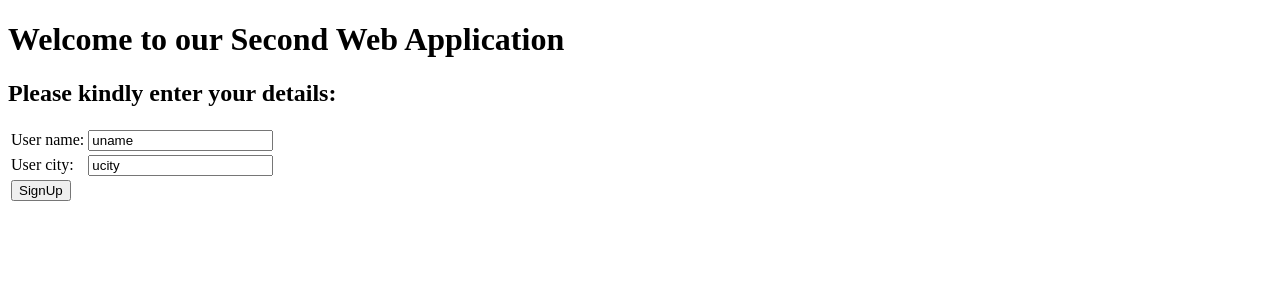
Repository: imbhaskarmondal/Java-Backend
Page: 02-Servlets-JSP/SecondWebApp/src/main/webapp/index.html
These files come from the project's save history. The page is drawn as it stood at one moment and after the next save; the edit follows.
The browser window is 1280 px wide. The pictures show the whole page.

Above is the page before, as saved 2026-05-07 12:28:56.

After the next save:
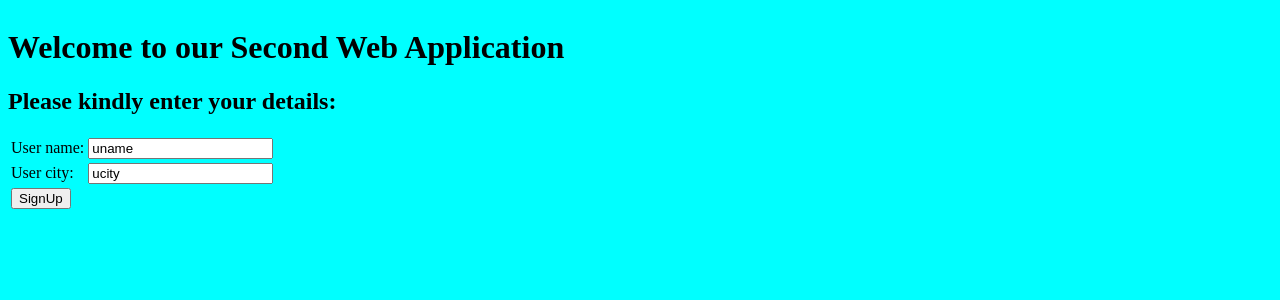
Saved 2 min 28 s later.
--- a/02-Servlets-JSP/SecondWebApp/src/main/webapp/index.html
+++ b/02-Servlets-JSP/SecondWebApp/src/main/webapp/index.html
@@ -4,7 +4,7 @@
 <meta charset="UTF-8">
 <title>Second Web App</title>
 </head>
-<body>
+<body bgcolor="cyan" style="align-content:center">
 <h1>Welcome to our Second Web Application</h1>
 <h2>Please kindly enter your details: </h2>
 
